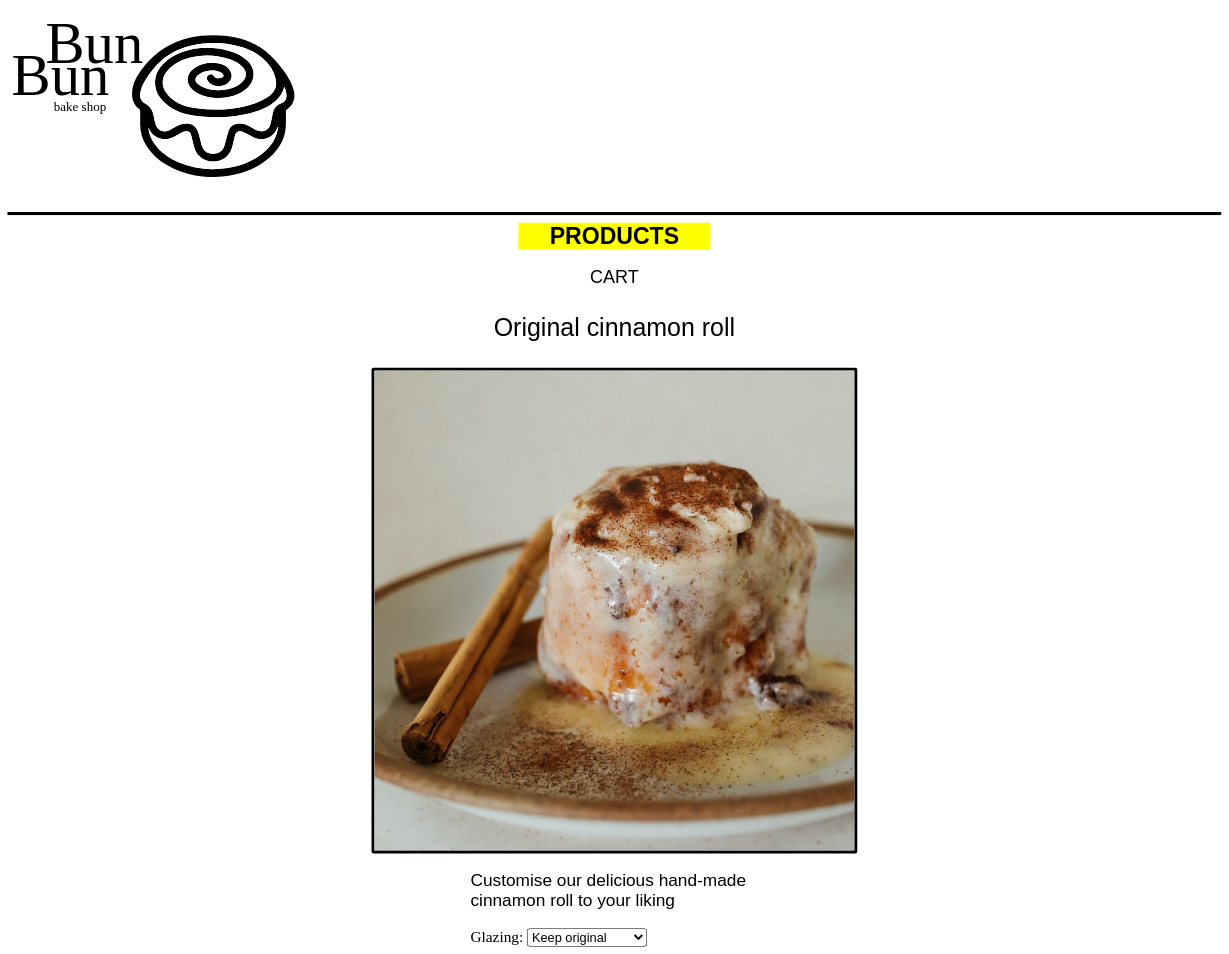
Repository: alicianghm/pui-hw
Page: solution-hw1/HW1-Detail.html
The author's editor kept a copy of each file at every save. The page is drawn from the files as they stood at one save, then again after the next save.
The browser window is 1280 px wide. The pictures show the whole page, at 96% of full size.

Above is the page before, as saved 2022-09-08 09:42:38.

After the next save:
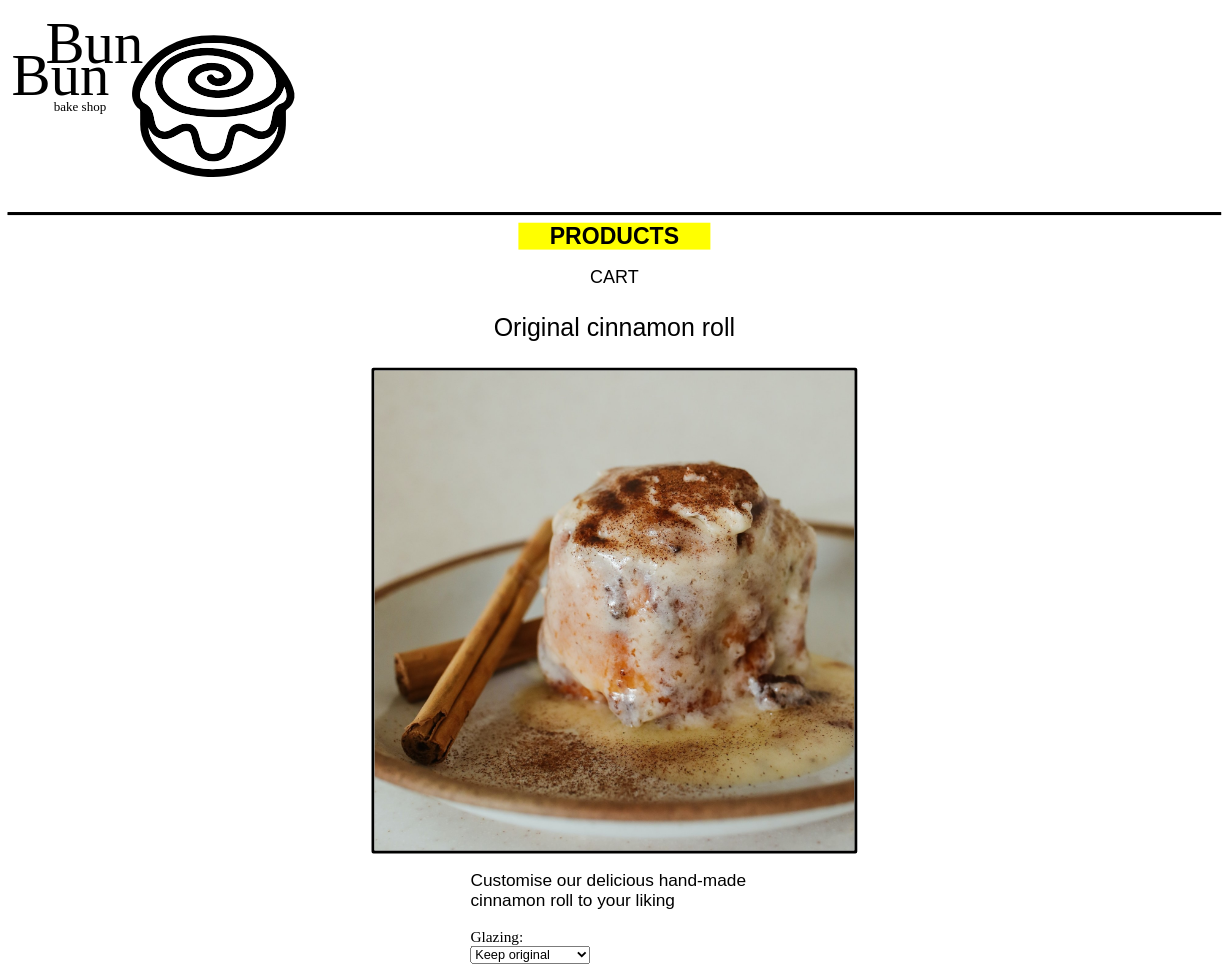
Saved 15 s later.
--- a/solution-hw1/HW1-Detail.html
+++ b/solution-hw1/HW1-Detail.html
@@ -22,8 +22,8 @@
         <p class="description"> Customise our delicious hand-made cinnamon roll to your liking</p>
         <br>
           <div>
-            <label for="glazing">Glazing:</label>
-            <select class="glazing"><br>
+            <label for="glazing">Glazing:</label><br>
+            <select class="glazing">
               <option value="Keep original">Keep original</option>
               <option value="Sugar milk">Sugar milk</option>
               <option value="Vanilla milk">Vanilla milk</option>
